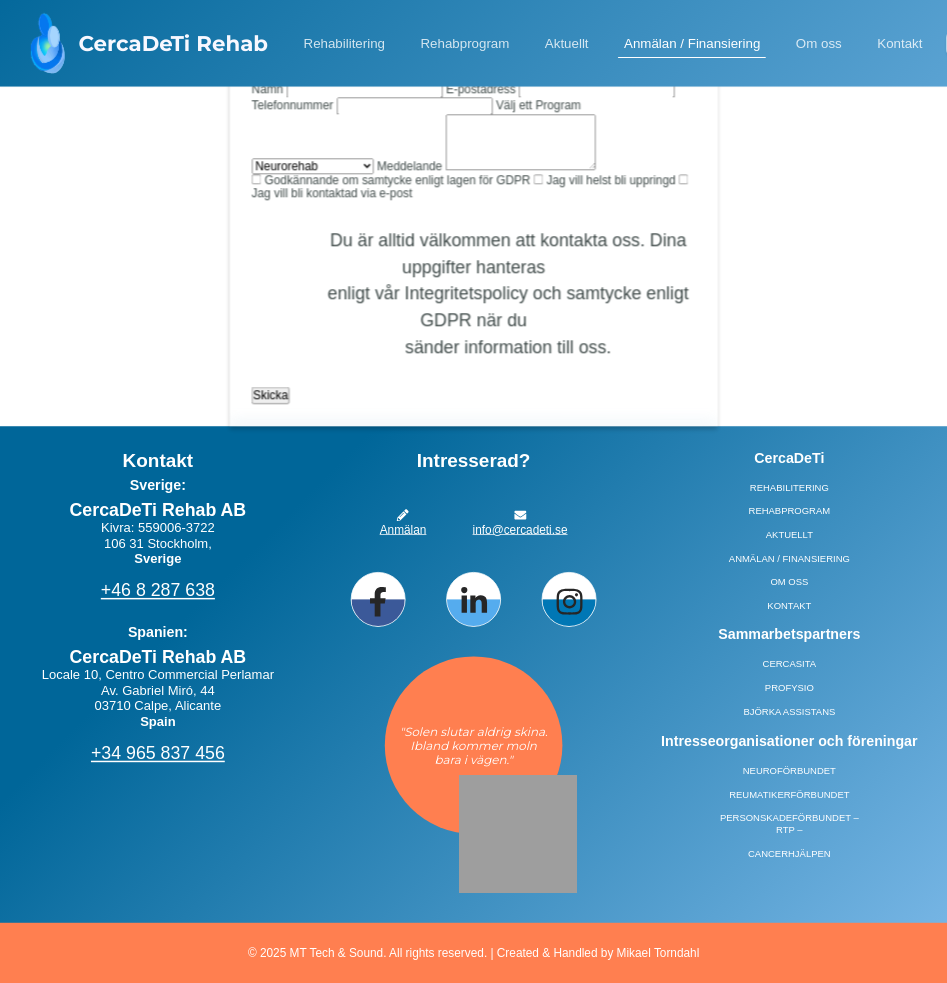
Repository: micketorndahl/CercaDeTi-rehab
Page: anmalan-form.html
An editor plug-in stored every save of this project. The page is shown before and after the next save, followed by the edit.
The browser window is 1280 px wide. The pictures show the whole page, at 74% of full size.
Pictures or frames that could not be fetched are drawn as grey boxes. The page's requests for data from a server got no answer. Some web fonts or font styles are not loaded; a fallback is used. Some web libraries are served in a nearby version.

Above is the page before, as saved 2025-02-01 18:25:15.
Console error: TypeError: Cannot read properties of null (reading 'addEventListener')

After the next save:
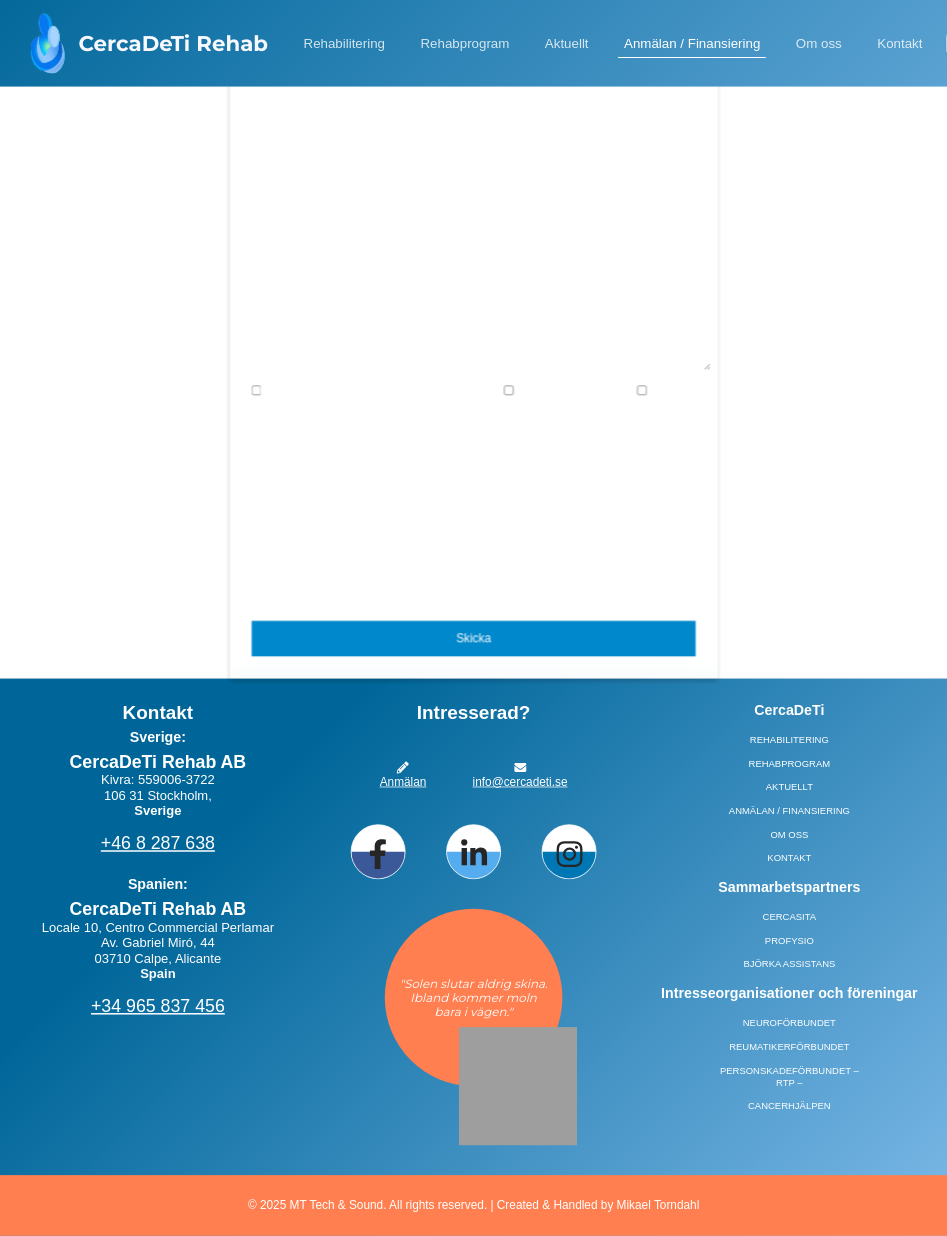
Saved 31 s later.
--- a/css/layout.css
+++ b/css/layout.css
@@ -299,3 +299,56 @@
 .form-container:hover {
   transform: translateY(-10px);
 }
+
+label {
+  font-size: 14px;
+  margin-bottom: 5px;
+  color: var(--white);
+}
+
+input, select, textarea {
+  width: 100%;
+  padding: 10px;
+  margin-bottom: 15px;
+  border: 1px solid rgba(255, 255, 255, 0.3);
+  border-radius: var(--border-radius);
+  background: rgba(255, 255, 255, 0.1);
+  color: var(--white);
+  font-size: 14px;
+  outline: none;
+}
+
+input[type="checkbox"] {
+  width: auto;
+  margin-right: 5px;
+}
+
+textarea {
+  resize: vertical;
+}
+
+.checkbox-container {
+  margin-bottom: 20px;
+}
+
+.info-text {
+  color: var(--white);
+  font-size: 12px;
+  margin-bottom: 20px;
+}
+
+.submit-btn {
+  background-color: var(--color-primary);
+  color: var(--white);
+  border: none;
+  padding: 15px;
+  font-size: 16px;
+  width: 100%;
+  border-radius: var(--border-radius);
+  cursor: pointer;
+  transition: background-color 0.3s ease;
+}
+
+.submit-btn:hover {
+  background-color: darken(var(--color-primary), 10%);
+}
